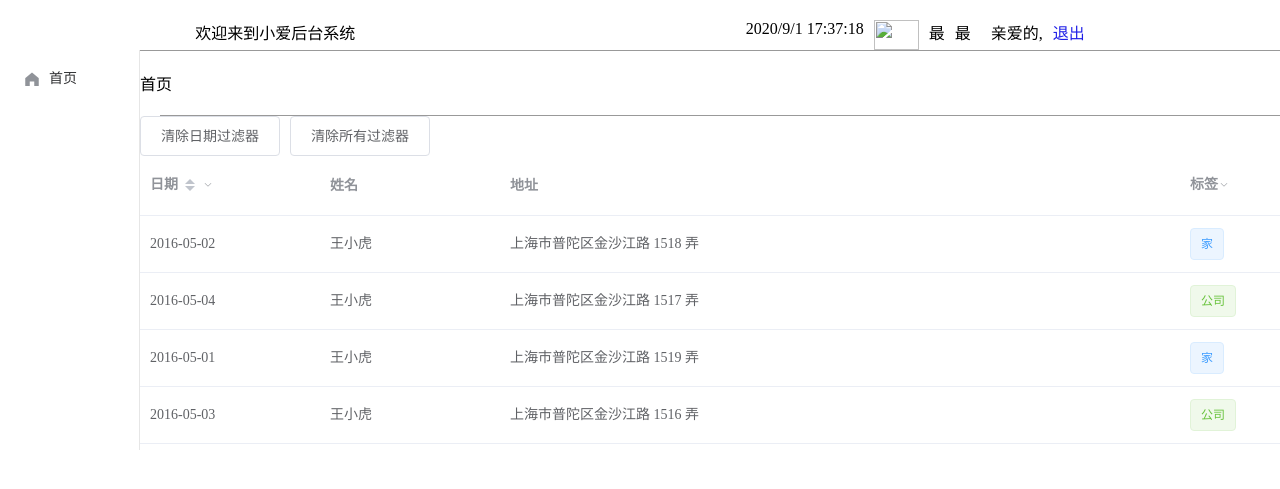
Repository: wujingwenwu/system
Page: /rights/rights
These files come from the project's save history. The page is drawn as it stood at one moment and after the next save; the edit follows.
The browser window is 1280 px wide. The pictures show the whole page.
The page's requests for data from a server got no answer. The project was rebuilt for these pictures with package versions that can differ from the ones it lists, and the page was loaded fresh each time. No one was signed in, and anything a server would have sent is missing. Also part of the build but not shown: vue.config.js, src/views/Home.vue.

Above is the page before, as saved 2020-09-01 22:56:03.

### public/index.html
<!DOCTYPE html>
<html lang="en">
  <head>
    <meta charset="utf-8">
    <meta http-equiv="X-UA-Compatible" content="IE=edge">
    <meta name="viewport" content="width=device-width,initial-scale=1.0">
    <link rel="icon" href="<%= BASE_URL %>favicon.ico">
    <title><%= htmlWebpackPlugin.options.title %></title>
  </head>
  <body>
    <noscript>
      <strong>We're sorry but <%= htmlWebpackPlugin.options.title %> doesn't work properly without JavaScript enabled. Please enable it to continue.</strong>
    </noscript>
    <div id="app"></div>
    <!-- built files will be auto injected -->
    <!--[if lte IE 9]>
    <div style='position:absolute; top: 50%; left:50%; margin-top: -50px;margin-left: -400px; align-items: center;justify-content: center;'>
      <div style='width: 800px; height: 100px;text-align: center'>
        <h1>
        您的浏览器版本过低 请下载最新的谷歌浏览器
      </h1>
      <div style='text-align: center;width: 800px'>
        <a href='https://www.chromestatus.com/feature/5636954674692096'>下载谷歌浏览器点此链接</a>
      </div>
      </div>
    </div>
  <![endif]-->
  </body>
</html>

### src/main.js
import Vue from "vue";
import App from "./App.vue";
import router from "./router";
import store from "./store";
import './bus'
import axios from 'axios';
import ElementUI from 'element-ui'
import 'element-ui/lib/theme-chalk/index.css'
import  echarts from 'echarts';
Vue.config.productionTip = false;
Vue.prototype.$axios = axios;
Vue.use(ElementUI)
Vue.prototype.$echarts = echarts;
new Vue({
  router,
  store,
  render: h => h(App)
}).$mount("#app");

### src/App.vue
<template>
  <div id="app">
    <router-view />
  </div>
</template>

<style lang="scss">
@import "../src/style/demo";
* {
  margin: 0;
  padding: 0;
}
</style>

### src/router/index.js
import Vue from "vue";
import VueRouter from "vue-router";
import Home from "../views/Home.vue";
import Public from '../views/publics/Public'
Vue.use(VueRouter);

const routes = [
  {
    path: '/Home',
    redirect: '/'
  },
  {
    path: "/about",
    name: "About",
    // route level code-splitting
    // this generates a separate chunk (about.[hash].js) for this route
    // which is lazy-loaded when the route is visited.
    component: () =>
      import(/* webpackChunkName: "about" */ "../views/About.vue")
  },
  {
    path: "/login",
    name: "Login",
    component: () =>
      import("../views/login/Login"),

  },
  {
    path: "/",
    name: "首页",
    component: Public,
    children: [
      {
        path: "",
        name: "Home",
        component: Home,
        meta: {
          title: "首页",
          icon: 'el-icon-s-home'
        },
      }
    ]
  },
  {
    path: "/users",
    name: "Public",
    component: Public,
    meta: {
      title: "用户管理",
      icon: 'el-icon-user-solid',
    },
    children: [
      {
        path: "users",
        name: "Users",
        component: () => import("../views/users/Users"),
        meta: {
          title: "用户列表",
          icon: 'el-icon-folder-opened',
          path: "/users/users"
        },
      }

    ]
  },
  {
    path: "/rights",
    name: "Public",
    component: Public,
    meta: {
      title: "权限管理",
      icon: 'el-icon-folder'
    },
    children: [
      {
        path: "roles",
        name: "Roles",
        component: () => import("../views/roles/Roles"),
        meta: {
          title: "角色列表",
          icon: 'el-icon-setting',
          path: '/rights/roles'
        },
      },
      {
        path: "rights",
        name: "Roles",
        component: () => import("../views/rights/Rights"),
        meta: {
          title: "权限列表",
          icon: 'el-icon-c-scale-to-original',
          path: '/rights/rights'
        },
      },
    ]
  },
  {
    path: "/goods",
    name: "Public",
    component: Public,
    meta: {
      title: "商品管理",
      icon: 'el-icon-shopping-bag-2'
    },
    children: [
      {
        path: "goods",
        name: "Goods",
        component: () => import("../views/goods/Goods"),
        meta: {
          title: "商品列表",
          icon: 'el-icon-bangzhu',
          path: '/goods/goods'
        },
      },
      {
        path: "params",
        name: "Params",
        component: () => import("../views/params/Params"),
        meta: {
          title: "分类参数",
          icon: 'el-icon-bell',
          path: '/goods/params'
        },
      },
      {
        path: "categories",
        name: "Categories",
        component: () => import("../views/categories/Categories"),
        meta: {
          title: "商品分类",
          icon: 'el-icon-date',
          path: '/goods/categories'
        },
      },
    ]
  },
  {
    path: "/orders",
    name: "Public",
    component: Public,
    meta: {
      title: "订单管理",
      icon: 'el-icon-s-order'
    },
    children: [
      {
        path: "orders",
        name: "Orders",
        component: () => import("../views/orders/Orders"),
        meta: {
          title: "订单列表",
          icon: 'el-icon-folder-add',
          path: '/orders/orders'
        },
      }

    ]
  },
  {
    path: "/reports",
    name: "Public",
    component: Public,
    meta: {
      title: "数据统计",
      icon: 'el-icon-message'
    },
    children: [
      {
        path: "reports",
        name: "Reports",
        component: () => import("../views/reports/Reports"),
        meta: {
          title: "数据报表",
          icon: 'el-icon-position',
          path: '/reports/reports'
        },
      }

    ]
  },
];

const router = new VueRouter({
  mode: "history",
  base: process.env.BASE_URL,
  routes
});

export default router;

### src/store/index.js
import Vue from "vue";
import Vuex from "vuex";
import login from './login/login';
import publics from './publics/publics';
import report from './report/report';
import management  from './management/management';
import jurisdiction from './jurisdiction/jurisdiction'
Vue.use(Vuex);

export default new Vuex.Store({
  state: {},
  mutations: {},
  actions: {},
  modules: {
    login,
    publics,
    report,
    management,
    jurisdiction
  }
});

### src/bus/index.js
import Vue from 'vue'
const bus = new Vue()
Vue.prototype.$bus = bus

### src/style/demo.scss
.d-f{
    display: flex;
    /* 弹性盒模型 */
}
.f-s-12{
    font-size: 12px;
    /* 字体大小为12px */
}
.f-s-14{
    font-size: 14px;
    /* 字体大小为14px */
}
.f-s-16{
    font-size: 16px;
    /* 字体大小为16px */
}
.f-w{
    font-weight: 700;
    /*字体 加粗 */
}
.f-c-ho{
    color: #f00;
    /* 红色 */
}
.f-c-hu{
    color: #ccc;
    /* 灰色 */
}
.f-c-b{
    color: #ffffff;
    /* 白色 */
}
.f-c-he{
    color: #000;
    /* 黑色 */
}
.t-a-l{
    text-align: left;
    /* 文本左对齐 */
}
.t-a-c{
    text-align: center;
    /* 文本居中 */
}
.t-a-r{
    text-align: right;
    /* 文本右对齐 */
}
.t-d-u{
    text-decoration: underline;
    /* 装饰在文本底部 */
}
.t-d-o{
    text-decoration: overline;
    /* 装饰在顶部 */
}
.t-d-l-t{
    text-decoration: line-through;
    /* 装饰在文本中间 */
}
.d-i{
    display: inline;
    /* 块级元素装换成行内元素 */
}
.d-i-b{
    display: inline-block;
    /* 块级元素装换成行内块元素 */
}
.d-b{
    display: block;
    /* 行内和行内块元素装换成块级元素 */
}
.d-n{
    display: none;
    /* 隐藏元素 */
}
.p-r{
    position: relative;
    /* 相对定位 */
}
.p-a{
    position: absolute;
    /* 绝对定位 */
}
.p-f{
    position: fixed;
    /* 固定定位 */
}
.b-r-50{
    border-radius: 50%;
    /* 圆角为50% */
}
.j-c-s-a{
    justify-content: space-around;
   /* 两边的子元素距离父元素的两边有间距，然后中间距离自动等分 */
}
.j-c-s-b{
    justify-content: space-between;
    /* 两边的子元素距离父元素没有间距，然后中间距离自动等分 */

}
.j-c-c{
    justify-content: center;
     /* 所有的子元素相当于父元素水平居中 */
}
.a-i-c{
    align-items: center;
    /* （竖轴排列方式）子元素相当于父元素垂直方向居中 */
}
.f-d-c{
    flex-direction: column;
    /* 弹性盒模型的竖项排列方式 */
}
*{
  margin: 0;
  padding: 0;
  /* 清除游览器的痕迹 */
}
.conter{
    display: flex;
    justify-content: center;
    /* 弹性盒模型，所有的文本在页面的中间 */
}
.warp{
   width: 1280px;
   /* 宽度为1280px，基本上不会超过1400px */
}
.o-h{
    overflow: hidden;
    /* 超出部分隐藏 */
}
.w-o-t{
    white-space: nowrap;
    overflow: hidden;
    text-overflow: ellipsis;
    /* 超出部分隐藏（只限字体） */
}
.d-n{
    display: none;
    /* 不占位置 */
}
.v-h{
    visibility: hidden;
    /* 占位置 */
}
.f-w-w{
    flex-wrap: wrap;
    /* 换行 */
}
.w-s-n{
    white-space: nowrap;
    /* 内容不换行 */
}
.m-t-20{
    margin-top: 20px;
    /* 向下20 */
}
.m-l-20{
    margin-left: 20px;

}
.m-t-10{
    margin-top: 10px;
}
.m-l-10{
    margin-left: 10px;
}
.b-c-hong{
    background-color: red;
}
.b-c-hei{
    background-color: black;
}
.b-c-bai{
    background-color: #ffffff;
}
.b-c-hui{
    background-color: #ccc;
}
.b-1-s-hong{
    border: 1px solid red;
}
.b-1-d-hong{
    border: 1px dashed red;
}
.b-1-s-bai{
    border: 1px solid #ffffff;
}
.b-1-d-bai{
    border: 1px dashed #ffffff;
}
.b-1-s-hei{
    border: 1px solid black;
}
.b-1-d-hei{
    border: 1px dashed black;
}
.b-1-s-hui{
    border: 1px solid #ccc;
}
.b-1-d-hui{
    border: 1px dashed #ccc;
}
.b-l-n{
    border-left: none;
    /* 左边框隐藏 */
}
.b-t-n{
    border-top: none;
}
.b-r-n{
    border-right: none;
}
.b-b-n{
    border-bottom: none;
}
.m-t-15{
    margin-top: 15px;
}
.m-t-30{
    margin-top: 30px;
}
.m-t-5{
    margin-top: 5px;
}
.b-none{
    border: none;
}
.f-s-18{
    font-size: 18px;
}
.m-l--10{
    margin-left: -10px;
}
.m-l-40{
    margin-left: 40px;
}
.m-t-40{
    margin-top: 40px;
}
.o-n{
    outline: none;
    /* 隐藏边框 */
}

### src/views/publics/Public.vue
<template>
<div>
  <div class="d-f publics j-c-s-a m-t-20">
    <div>欢迎来到小爱后台系统</div>
    <div class="d-f">
    <div>  {{ nowDate + ' ' + nowTime + ' ' }}</div>
     <div class="d-f m-l-10">

    <img :src="img" alt="" class="img">
    <div class="m-l-10">{{weather.type}}</div>
    <div>最{{weather.high}}</div>
    <div class="m-l-10">最{{weather.low}}</div>
    <div class="m-l-20">亲爱的,{{user}}</div>
    <div class="m-l-10 color">退出</div>
    </div>
    </div>
  </div>
  <div class="d-f">
  <el-menu
      :default-active="$route.path"
      class="el-menu-vertical-demo"
      @open="handleOpen"
      @close="handleClose" unique-opened router>
       <el-menu-item index="/">
        <i class="el-icon-s-home"></i>
        <span slot="title">首页</span>
      </el-menu-item>
      <el-submenu :index="item.path" v-for="(item,index) in menus" :key="index" >
        <template slot="title">
         <i :class="item.icon"></i>
         <span>{{item.authName}}</span>
        </template>
        <el-menu-item-group v-for="(item1,index1) in item.children" :key="index1">

          <el-menu-item :index="item1.path"><i :class="item1.icon"></i>{{item1.authName}}</el-menu-item>

        </el-menu-item-group>
      </el-submenu>



    </el-menu>
    <div>
    <div class="show"></div>
    <div class="m-t-20">首页</div>
    <div class="show1 m-t-20"></div>
  <router-view></router-view>
  </div>
  </div>
  </div>
</template>

<script>
import { createNamespacedHelpers } from 'vuex'
const userModule = createNamespacedHelpers('publics')
const { mapState: userState, mapActions: userActions } = userModule
export default {
  name: "",
  props: {},
  data() {
    return {
      nowDate: "", // 当前日期
      nowTime: "", // 当前时间
      hous:'',
      weather:'',
      img:'',
      user:'',
      routes:''
    };
  },
  components: {},
  methods: {
    handleOpen(){

    },
    handleClose(){

    },
      ...userActions(['getMenus']),
      //获取当前时间
    currentTime() {
            setInterval(this.getDate, 500);
        },
        getDate: function() {
            var _this = this;
            let yy = new Date().getFullYear();
            let mm = new Date().getMonth() + 1;
            let dd = new Date().getDate();
            let hh = new Date().getHours();
            this.hous=new Date().getHours()
            let mf =
                new Date().getMinutes() < 10
                    ? "0" + new Date().getMinutes()
                    : new Date().getMinutes();
               let my =
                new Date().getSeconds() < 10
                    ? "0" + new Date().getSeconds()
                    : new Date().getSeconds();
            _this.nowTime = hh + ":" + mf +":"+ my;
            _this.nowDate = yy + "/" + mm + "/" + dd;
        },

  },
  mounted() {
    console.log(this.$router);
    this.routes=this.$router.options.routes
       this.getMenus()
      this.currentTime();
      //获取天气
     this.$axios
      .get("http://wthrcdn.etouch.cn/weather_mini?city=成都")
      .then((res) =>{
        // console.log(res.data.data);
        this.weather=res.data.data.forecast[0]//获取到当天的天气
        console.log(this.weather);
        if(this.weather.type=='多云'){
            this.img=require("../../image/90XB9(C7P}7EJ59[7O99%K5.png")
        }if(this.weather.type=='晴天'){
          this.img=require("../../image/{}BC(0D8R~BDMVK70GMGXYT.png")
        }if(this.weather.type=='小雨'){
          this.img=require("../../image/`1L(N@R7EQZ_8M3(AY`~O~C.png")
        }

      })
      .catch((err) =>{
        console.log(err);
      });
    this.user=localStorage.getItem('user')
  },
   // 销毁定时器
    beforeDestroy: function() {
        if (this.getDate) {
            console.log("销毁定时器")
            clearInterval(this.getDate); // 在Vue实例销毁前，清除时间定时器
        }
    },
  watch: {},
  computed: {
     ...userState(['menus'])
  }
};
</script>

<style scoped lang='scss'>
.img{
    width: 45px;
    height: 30px;
}
.color{
    color: rgb(31, 31, 231);
}
.el-menu-vertical-demo:not(.el-menu--collapse) {
    width: 200px;
    min-height: 400px;
  }
  .show{
    width: 1140px;
   height: 1px;
   background: #999;

  }
  .show1{
     width: 1120px;
   height: 1px;
   background: #999;
   margin-left: 20px;
  }
</style>

### src/views/rights/Rights.vue
<template>
<!--权限列表-->
 <div>
   <el-button @click="resetDateFilter">清除日期过滤器</el-button>
  <el-button @click="clearFilter">清除所有过滤器</el-button>
  <el-table
    ref="filterTable"
    :data="tableData"
    style="width: 100%">
    <el-table-column
      prop="date"
      label="日期"
      sortable
      width="180"
      column-key="date"
      :filters="[{text: '2016-05-01', value: '2016-05-01'}, {text: '2016-05-02', value: '2016-05-02'}, {text: '2016-05-03', value: '2016-05-03'}, {text: '2016-05-04', value: '2016-05-04'}]"
      :filter-method="filterHandler"
    >
    </el-table-column>
    <el-table-column
      prop="name"
      label="姓名"
      width="180">
    </el-table-column>
    <el-table-column
      prop="address"
      label="地址"
      :formatter="formatter">
    </el-table-column>
    <el-table-column
      prop="tag"
      label="标签"
      width="100"
      :filters="[{ text: '家', value: '家' }, { text: '公司', value: '公司' }]"
      :filter-method="filterTag"
      filter-placement="bottom-end">
      <template slot-scope="scope">
        <el-tag
          :type="scope.row.tag === '家' ? 'primary' : 'success'"
          disable-transitions>{{scope.row.tag}}</el-tag>
      </template>
    </el-table-column>
  </el-table>
 </div>
</template>
<script>
import { createNamespacedHelpers } from "vuex";
const userModule = createNamespacedHelpers("jurisdiction");
const { mapState, mapActions } = userModule
 export default {
   name:'',
   props:{

    },
   data () {
     return {
    type:'list',
       tableData: [{
          date: '2016-05-02',
          name: '王小虎',
          address: '上海市普陀区金沙江路 1518 弄',
          tag: '家'
        }, {
          date: '2016-05-04',
          name: '王小虎',
          address: '上海市普陀区金沙江路 1517 弄',
          tag: '公司'
        }, {
          date: '2016-05-01',
          name: '王小虎',
          address: '上海市普陀区金沙江路 1519 弄',
          tag: '家'
        }, {
          date: '2016-05-03',
          name: '王小虎',
          address: '上海市普陀区金沙江路 1516 弄',
          tag: '公司'
        }]
   }
   },
   components: {

   },
   methods: {
    ...mapActions(['getPower']),
     resetDateFilter() {
        this.$refs.filterTable.clearFilter('date');
      },
      clearFilter() {
        this.$refs.filterTable.clearFilter();
      },
      // formatter(row, column) {
      //   return row.address;
      // },
      // filterTag(value, row) {
      //   return row.tag === value;
      // },
      // filterHandler(value, row, column) {
      //   const property = column['property'];
      //   return row[property] === value;
      // }
   },
   mounted() {
    this.getPower({
      type:this.type
    })
    console.log(this.getPower);
   },
   watch: {

   },
   computed: {
    ...mapState(['orderss'])
   }
 }
</script>

<style scoped lang='scss'>

</style>

### src/store/login/login.js
import api from '../../components/http/api';
import router from '../../router';
import {Message} from 'element-ui';

export default {
  // 开启命名空间 这个文件就是单独的一个vuex的模块
  namespaced: true,
  state: {
    menus: []
  },
  mutations: {
    setMenus(state, data) {
      state.menus = data
    }
  },
  actions: {
    // 所有的请求都写在actions里面
    // action里面的方法可以传两个参数 第一个参数是整个store(vuex对象) 第二个参数是请求的参数

    async login( {commit},{username, password}) {
      console.log(commit);
      let res = await api.login({
        username,
        password
      })
      if (res.meta.status === 200) {
        // 存储信息
        localStorage.setItem('adminToken', res.data.token)
        localStorage.setItem('adminUser', JSON.stringify(res.data))
        localStorage.setItem('user',username)
        // 跳转路由
        router.push('/')
        // 提示用户
        Message.success('登录成功')
      } else {
        Message.error(res.meta.msg)
      }
    }
    // getMenus() {
    //   api.getMenus().then().catch()
    // }
  },
}

### src/store/report/report.js
import api from '../../components/http/api';
// import router from '../../router';
// import {Message} from 'element-ui';

export default {
  // 开启命名空间 这个文件就是单独的一个vuex的模块
  namespaced: true,
  state: {
   data:[],
   legend:[],
   xAxis:[]
  },
  mutations: {
    setData(state, data) {
      state.data = data
    },
    setLegend(state, data) {
        state.legend = data
      },
      setXAxis(state, data) {
        state.xAxis = data
      }
  },
  actions: {
    // 所有的请求都写在actions里面
    // action里面的方法可以传两个参数 第一个参数是整个store(vuex对象) 第二个参数是请求的参数

    async getReports( {commit}) {
      console.log(commit);
      let res = await api.getReports({

      })
      if (res.meta.status === 200) {
          this.data = res.data.series
          commit('setData', res.data.series)
          commit('setXAxis', res.data.xAxis[0].data)
          commit('setLegend', res.data.legend.data)
        console.log(res.data);
      }
    }

  },
}

### src/store/management/management.js
import api from '../../components/http/api';
// import router from '../../router';
// import {Message} from 'element-ui';

export default {
  // 开启命名空间 这个文件就是单独的一个vuex的模块
  namespaced: true,
  state: {
    orderss:[]
  },
  mutations: {
    setOrderss(state, data) {
        state.orderss = data
    },
  },
  actions: {
    // 所有的请求都写在actions里面
    // action里面的方法可以传两个参数 第一个参数是整个store(vuex对象) 第二个参数是请求的参数

    async getOrderss({ commit }, {query,pagenum,pagesize,user_id,pay_status,is_send,order_fapiao_title,order_fapiao_company,order_fapiao_content,consignee_addr}) {

      let res = await api.getOrderss({
        query,pagenum,pagesize,user_id,pay_status,is_send,order_fapiao_title,order_fapiao_company,order_fapiao_content,consignee_addr
      })
      if (res.meta.status === 200) {
        // 存储信息
        commit('setOrderss', res.data.goods)
       console.log(res.data);
      }
    }
  },
}

### src/store/jurisdiction/jurisdiction.js
import api from '../../components/http/api';
// import router from '../../router';
// import {Message} from 'element-ui';

export default {
  // 开启命名空间 这个文件就是单独的一个vuex的模块
  namespaced: true,
  state: {
    power: []
  },
  mutations: {
    setPower(state, data) {
      state.power = data
    }
  },
  actions: {
    // 所有的请求都写在actions里面
    // action里面的方法可以传两个参数 第一个参数是整个store(vuex对象) 第二个参数是请求的参数

    async getPower( {commit},{type}) {
      console.log(commit);
      let res = await api.getPower({
        type
      })
      if (res.meta.status === 200) {
        commit('setPower', res.data)
       console.log(res.data);
      }
    }
  },
}

### src/components/http/api.js
import service from './index'

export default {
  login({username, password}) {
    return service.post('/login', {
      username,
      password
    })
  },
  getMenus() {
    return service.get('menus')
  },
  getUserList({pagenum,pagesize,query}) {
    return service.get(`users?pagenum=${pagenum}&pagesize=${pagesize}&query=${query}`)
  },
  getState({uId,type}) {
    return service.put(`users/${uId}/state/${type}`)
  },
  getParty({username,password,email,mobile}) {
    return service.post(`users`,
    {username,password,email,mobile}
    )
  },
  //删除
  getDelete({id}) {
    return service.delete(`users/${id}`,
    )
  },
  //修改用户
  getAmend({id,email,mobile}) {
    return service.put(`users/${id}`,{email,mobile}
    )
  },
   //基于时间统计的折线图
   getReports() {
    return service.get(`reports/type/1/`)
  },
  //订单数据列表
  getOrderss({query,pagenum,pagesize,user_id,pay_status,is_send,order_fapiao_title,order_fapiao_company,order_fapiao_content,consignee_addr}) {
    return service.get(`orders?query=${query}&pagenum=${pagenum}&pagesize=${pagesize}&user_id=${user_id}&pay_status=${pay_status}&is_send=${is_send}&order_fapiao_title=${order_fapiao_title}&order_fapiao_company=${order_fapiao_company}&order_fapiao_content=${order_fapiao_content}&consignee_addr=${consignee_addr}`)
  },
    //基于时间统计的折线图
    getPower({type}) {
      return service.get(`rights/${type}`)
    },
}

### src/components/http/index.js
import axios from 'axios'
import nprogress from 'nprogress'
import {Message} from 'element-ui'

// 运行环境: 本地环境:devlpment 和线上(生产)环境: production
const isPro = process.env.NODE_ENV === 'production'

// 创建一个axios的实例
const service = axios.create({
  // 基础路径: 需要根据当前的运行环境来判断
  baseURL: isPro ? '线上的接口路径' : '/api',
  // 超时时间
  timeout: 100000
})


// 请求拦截: 每一次发请求都会做的事情
service.interceptors.request.use((config) => {
  nprogress.start()
  // 前后端鉴权
  // jwt: JSON WEB TOKEN
  // 登录成功之后 后端会返回一个令牌
  let token = localStorage.getItem('adminToken')
  if (token) {
    // 需要在请求头当中添加token
    config.headers['Authorization'] = token
  }
  return config
}, err => {
  nprogress.done()
  return Promise.reject(err)
})


// 响应拦截: 每一次接口返回数据的时候都会做的事情
service.interceptors.response.use((res) => {
  nprogress.done()
  return res.data
}, err => {
  if (err.response && err.response.status) {
    // 错误请求的状态码
    let status = err.response.status
    if (status === 400) {
      Message.error('参数错误')
    }
    if (status === 401) {
      Message.error('登录过期,请重新登录')
    }
    if (status === 403) {
      Message.error('没有权限')
    }
    if (status === 404) {
      Message.error('接口路径错误')
    }
    if (status === 500) {
      Message.error('服务器出错')
    }
    if (status === 503) {
      Message.error('服务器在维护')
    }
  }
  return Promise.reject(err)
})


export default service

Loaded but not shown: src/store/publics/publics.js (148 lines, source omitted)

After the next save:
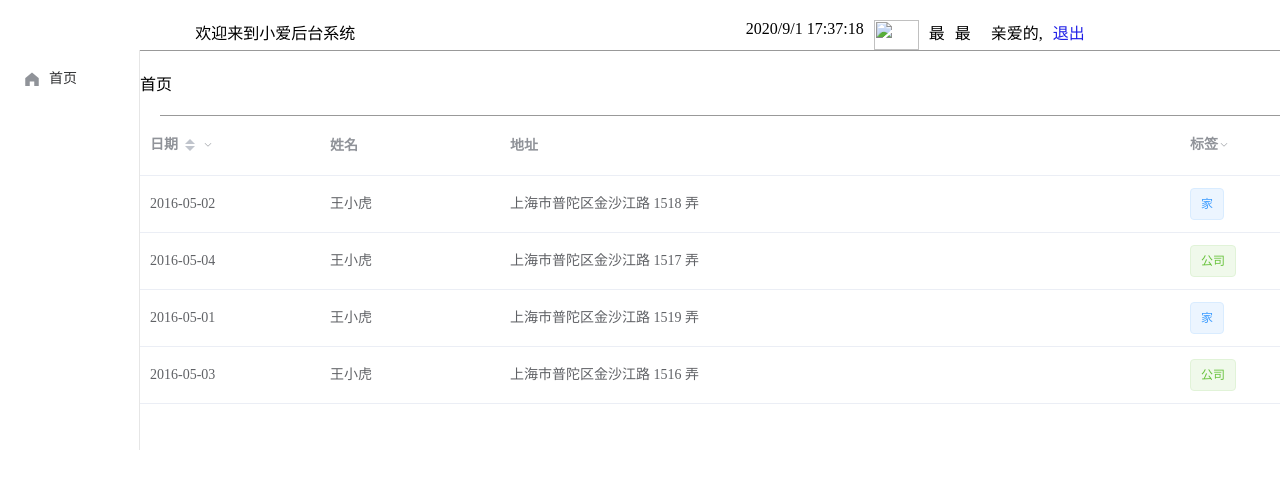
Saved 24 s later.
--- a/src/views/rights/Rights.vue
+++ b/src/views/rights/Rights.vue
@@ -1,8 +1,6 @@
 <template>
 <!--权限列表-->
  <div>
-   <el-button @click="resetDateFilter">清除日期过滤器</el-button>
-  <el-button @click="clearFilter">清除所有过滤器</el-button>
   <el-table
     ref="filterTable"
     :data="tableData"
